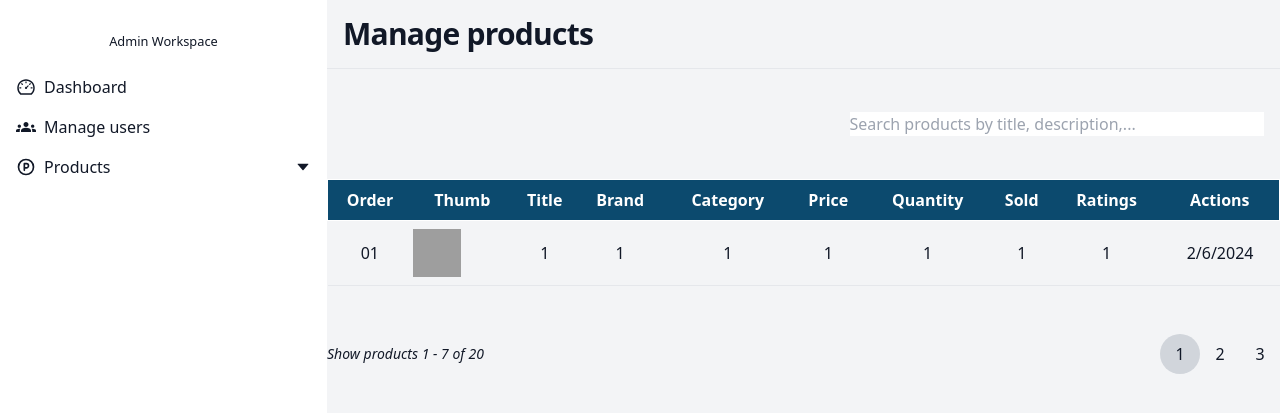
Repository: QuanggDat/Ecommerce_Rookie_NashTech
Page: /admin/manage-products (app in Ecommerce_Rookie_NashTech_AdminFrontend/admin_fe/)
These files come from the project's save history. The page is drawn as it stood at one moment and after the next save; the edit follows.
The browser window is 1280 px wide. The pictures show the whole page.
Pictures or frames that could not be fetched are drawn as grey boxes. The page's requests for data from a server got no answer. The project was rebuilt for these pictures with package versions that can differ from the ones it lists, and the page was loaded fresh each time. Some packages were replaced by stand-ins written for this rebuild. No one was signed in, and anything a server would have sent is missing. Also part of the build but not shown: Ecommerce_Rookie_NashTech_AdminFrontend/admin_fe/src/pages/admin/Dashboard.js, Ecommerce_Rookie_NashTech_AdminFrontend/admin_fe/src/pages/admin/LoginScreen.js, Ecommerce_Rookie_NashTech_AdminFrontend/admin_fe/src/components/buttons/Button.js, Ecommerce_Rookie_NashTech_AdminFrontend/admin_fe/src/components/inputs/InputField.js, Ecommerce_Rookie_NashTech_AdminFrontend/admin_fe/src/pages/public/Login.js, Ecommerce_Rookie_NashTech_AdminFrontend/admin_fe/src/pages/public/FinalRegister.js, Ecommerce_Rookie_NashTech_AdminFrontend/admin_fe/src/pages/public/ResetPassword.js, Ecommerce_Rookie_NashTech_AdminFrontend/admin_fe/src/App.css.

Above is the page before, as saved 2024-06-02 22:17:30.

### Ecommerce_Rookie_NashTech_AdminFrontend/admin_fe/src/index.js
import React from 'react';
import { createRoot } from 'react-dom/client';
import { Provider } from 'react-redux';
import { store } from './stores/redux';
import App from './App';
import './index.css';
import { BrowserRouter } from 'react-router-dom'

const container = document.getElementById('root');
const root = createRoot(container);

root.render(
  <Provider store={store}>
    <BrowserRouter>
      <App />
    </BrowserRouter>
  </Provider>
);

### Ecommerce_Rookie_NashTech_AdminFrontend/admin_fe/src/stores/redux.js
import { configureStore } from '@reduxjs/toolkit';
import userSlice from "./user/userSlice"
import storage from 'redux-persist/lib/storage';
import { persistReducer, persistStore } from "redux-persist"

const commonConfig = {
  storage,
}
const userConfig = {
  ...commonConfig,
  whitelist: ["isLoggedIn", "token"],
  key: "shop/user",
}
export const store = configureStore({
  reducer: {
    user: persistReducer(userConfig, userSlice),
  },
  middleware: (getDefaultMiddleware) =>
    getDefaultMiddleware({ serializableCheck: false }),
});

export const persistor = persistStore(store)

### Ecommerce_Rookie_NashTech_AdminFrontend/admin_fe/src/App.js
import React from 'react';
import { Route, Routes, Navigate } from "react-router-dom"
import path from "./utils/path"
import {
  AdminLayout,
  Dashboard,
  ManageProduct
} from "./pages/admin"
import { Login } from './pages/public';
import './App.css';

function App() {
  return (
    <div className="font-jp">
      <Routes>
        <Route path="/" element={<Navigate to={path.LOGIN} />} />
        <Route path={path.LOGIN} element={<Login />} />
        <Route path={path.ADMIN} element={<AdminLayout />}>
          <Route path={path.DASHBOARD} element={<Dashboard />} />
          <Route path={path.MANAGE_PRODUCTS} element={<ManageProduct />} />
        </Route>
      </Routes>
    </div>
  );
}

export default App;

### Ecommerce_Rookie_NashTech_AdminFrontend/admin_fe/src/index.css
@import url("https://fonts.googleapis.com/css2?family=Poppins:ital,wght@0,100;0,200;0,300;0,400;0,500;0,600;0,700;0,800;1,100;1,200;1,300;1,400;1,500;1,600;1,700;1,800&display=swap");
@import url("https://fonts.googleapis.com/css2?family=Noto+Sans+JP:wght@100;200;300;400;500;600;700;800;900&display=swap");
@tailwind base;
@tailwind components;
@tailwind utilities;

html {
    height: 100%;
    overflow: auto;
  }
  body {
    height: 100%;
  }
  html,
  body {
    overflow-x: hidden;
  }

### Ecommerce_Rookie_NashTech_AdminFrontend/admin_fe/src/stores/user/userSlice.js
import { createSlice } from "@reduxjs/toolkit"
import * as actions from './asyncAction'

export const userSlice = createSlice({
    name: "user",
    initialState: {
        isLoggedIn: false,
        current: null,
        token: null,
        isLoading: false,
        mes: '',
    },
    reducers: {
        login: (state, action) => {
            state.isLoggedIn = action.payload.isLoggedIn
            state.token = action.payload.token
        },
        logout: (state, action) => {
            state.isLoggedIn = false
            state.current = null
            state.token = null
            state.isLoading = false
            state.mes = ''
        },
    },
    extraReducers: (builder) => {
        builder.addCase(actions.getCurrent.pending, (state) => {
            state.isLoading = true;
        });
        builder.addCase(actions.getCurrent.fulfilled, (state, action) => {
            state.isLoading = false;
            state.current = action.payload;
            state.isLoggedIn = true
        });
        builder.addCase(actions.getCurrent.rejected, (state, action) => {
            state.isLoading = false;
            state.current = null;
            state.isLoggedIn = false
            state.token = null
            state.mes = 'Login session has expired. Please login again!'
        });
    }
})
export const { login, logout } = userSlice.actions

export default userSlice.reducer

### Ecommerce_Rookie_NashTech_AdminFrontend/admin_fe/src/utils/path.js
const path = {
    PUBLIC: "/",
    HOME: "home",
    ALL: "*",
    LOGIN: "login",
    FINAL_REGISTER: "finalregister/:status",
    RESET_PASSWORD: "reset-password/:token",

    // Admin
    LOGIN: "login",
    ADMIN: "admin",
    DASHBOARD: "dashboard",
    MANAGE_USER: "manage-user",
    MANAGE_PRODUCTS: "manage-products",
    MANAGE_CATEGORIES: "manage-categories",
    CREATE_PRODUCTS: "create-products",
    CREATE_CATEGORY: "create-category",
}

export default path

### Ecommerce_Rookie_NashTech_AdminFrontend/admin_fe/src/pages/admin/index.js
export { default as AdminLayout } from "./AdminLayout"
export { default as Dashboard } from "./Dashboard"
export { default as ManageProduct } from "./ManageProduct"
export { default as LoginScreen } from "./LoginScreen"

### Ecommerce_Rookie_NashTech_AdminFrontend/admin_fe/src/pages/public/index.js
export { default as Login } from "./Login"
export { default as FinalRegister } from "./FinalRegister"
export { default as ResetPassword } from "./ResetPassword"

### Ecommerce_Rookie_NashTech_AdminFrontend/admin_fe/src/stores/user/asyncAction.js
import { createAsyncThunk } from "@reduxjs/toolkit";
import * as apis from '../../apis'

export const getCurrent = createAsyncThunk('user/current', async (data, { rejectWithValue }) => {
    const response = await apis.apiGetCurrent()
    if (!response.data.status) return rejectWithValue(response)
    return response.data.rs
})

### Ecommerce_Rookie_NashTech_AdminFrontend/admin_fe/src/pages/admin/AdminLayout.js
import React from 'react'
import { Outlet, Navigate } from 'react-router-dom'
import { useSelector } from 'react-redux'
import AdminSidebar from '../../components/sidebar/AdminSidebar'

const AdminLayout = () => {
  return (
    <div className='flex w-full bg-gray-100 min-h-screen relative text-gray-900'>
      <div className='w-[327px] top-0 bottom-0 flex-none fixed'>
        <AdminSidebar />
      </div>
      <div className='w-[327px]'></div>
      <div className='flex-auto'>
        <Outlet />
      </div>
    </div>
  )
}

export default AdminLayout

### Ecommerce_Rookie_NashTech_AdminFrontend/admin_fe/src/pages/admin/ManageProduct.js
import React from 'react'
import InputForm from "../../components/inputs/InputForm"
import Pagination from "../../components/pagination/Pagination"
import { useForm } from "react-hook-form"

const ManageProduct = () => {
  const {
    register,
    formState: { errors },
    watch,
  } = useForm()
  return (
    <div className="w-full flex flex-col gap-4 relative">
      <div className="h-[69px] w-full"></div>
      <div className="p-4 border-b w-full bg-gray-100 flex justify-between items-center fixed top-0">
        <h1 className="text-3xl font-bold tracking-tight">Manage products</h1>
      </div>
      <div className="flex justify-end items-center px-4">
        <form className="w-[45%]">
          <InputForm
            id="q"
            register={register}
            errors={errors}
            fullWidth
            placeholder="Search products by title, description,..."
          />
        </form>
      </div>
      <table className="table-auto">
        <thead>
          <tr className="border bg-sky-900 text-white border-white">
            <th className="text-center py-2">Order</th>
            <th className="text-center py-2">Thumb</th>
            <th className="text-center py-2">Title</th>
            <th className="text-center py-2">Brand</th>
            <th className="text-center py-2">Category</th>
            <th className="text-center py-2">Price</th>
            <th className="text-center py-2">Quantity</th>
            <th className="text-center py-2">Sold</th>
            <th className="text-center py-2">Ratings</th>
            <th className="text-center py-2">Actions</th>
          </tr>
        </thead>
        <tbody>
          <tr className="border-b" >
            <td className="text-center py-2">
              01
            </td>
            <td className="text-center py-2">
              <img
                src='https://th.bing.com/th/id/OIF.IHFaCxQQ54StkxKZ3Iyp0Q?rs=1&pid=ImgDetMain'
                alt="thumb"
                className="w-12 h-12 object-cover"
              />
            </td>
            <td className="text-center py-2">1</td>
            <td className="text-center py-2">1</td>
            <td className="text-center py-2">1</td>
            <td className="text-center py-2">1</td>
            <td className="text-center py-2">1</td>
            <td className="text-center py-2">1</td>
            <td className="text-center py-2">1</td>
            <td className="text-center py-2">
              2/6/2024
            </td>
          </tr>
        </tbody>
      </table>
      <div className="w-full flex justify-end my-8">
        <Pagination totalCount={20} />
      </div>
    </div>
  )
}

export default ManageProduct

### Ecommerce_Rookie_NashTech_AdminFrontend/admin_fe/src/components/sidebar/AdminSidebar.js
import React, { Fragment, useState } from "react"
import { adminSidebar } from "../../utils/constants"
import { NavLink, Link, useNavigate } from "react-router-dom"
import clsx from "clsx"
import { AiOutlineCaretDown, AiOutlineCaretRight } from "react-icons/ai"
import { RiShareForwardLine } from "react-icons/ri"
import withBaseComponent from "../../hocs/withBaseComponent"

const activedStyle =
    "px-4 py-2 flex items-center gap-2  bg-blue-500 text-gray-100"
const notActivedStyle = "px-4 py-2 flex items-center gap-2  hover:bg-blue-100"

const AdminSidebar = () => {
    const navigate = useNavigate()
    const [actived, setActived] = useState([])
    const handleShowTabs = (tabID) => {
        if (actived.some((el) => el === tabID))
            setActived((prev) => prev.filter((el) => el !== tabID))
        else setActived((prev) => [...prev, tabID])
    }

    return (
        <div className=" bg-white h-full py-4">
            <Link
                to={"/"}
                className="flex flex-col justify-center items-center p-4 gap-2"
            >
                <small>Admin Workspace</small>
            </Link>
            <div>
                {adminSidebar.map((el) => (
                    <Fragment key={el.id}>
                        {el.type === "SINGLE" && (
                            <NavLink
                                to={el.path}
                                className={({ isActive }) =>
                                    clsx(isActive && activedStyle, !isActive && notActivedStyle)
                                }
                            >
                                <span>{el.icon}</span>
                                <span>{el.text}</span>
                            </NavLink>
                        )}
                        {el.type === "PARENT" && (
                            <div
                                onClick={() => handleShowTabs(+el.id)}
                                className="flex flex-col"
                            >
                                <div className="flex items-center justify-between px-4 py-2 hover:bg-blue-100 cursor-pointer">
                                    <div className="flex items-center gap-2">
                                        <span>{el.icon}</span>
                                        <span>{el.text}</span>
                                    </div>
                                    {actived.some((id) => id === el.id) ? (
                                        <AiOutlineCaretRight />
                                    ) : (
                                        <AiOutlineCaretDown />
                                    )}
                                </div>
                                {actived.some((id) => +id === +el.id) && (
                                    <div className="flex flex-col">
                                        {el.submenu.map((item, idx) => (
                                            <NavLink
                                                key={idx}
                                                to={item.path}
                                                onClick={(e) => e.stopPropagation()}
                                                className={({ isActive }) =>
                                                    clsx(
                                                        isActive && activedStyle,
                                                        !isActive && notActivedStyle,
                                                        "pl-16"
                                                    )
                                                }
                                            >
                                                {item.text}
                                            </NavLink>
                                        ))}
                                    </div>
                                )}
                            </div>
                        )}
                    </Fragment>
                ))}
            </div>
        </div>
    )
}

export default withBaseComponent(AdminSidebar)

### Ecommerce_Rookie_NashTech_AdminFrontend/admin_fe/src/components/inputs/InputForm.js
import React, { memo } from 'react'
import clsx from 'clsx'

const InputForm = ({
    label,
    disabled,
    register,
    errors,
    id,
    validate,
    type = 'text',
    placeholder,
    fullWidth,
    defaultValue,
    style,
    readOnly
}) => {
    return (
        <div className={clsx('flex flex-col h-[78px] gap-2', style)}>
            {label && <label className='font-medium' htmlFor={id}>{label + ':'}</label>}
            <input
                type={type}
                id={id}
                {...register(id, validate)}
                disabled={disabled}
                placeholder={placeholder}
                className={clsx('form-input my-auto', fullWidth && 'w-full', style)}
                defaultValue={defaultValue}
                readOnly={readOnly}
            />
            {errors[id] && <small className='text-xs text-red-500'>{errors[id]?.message}</small>}
        </div>
    )
}

export default memo(InputForm)

### Ecommerce_Rookie_NashTech_AdminFrontend/admin_fe/src/components/pagination/Pagination.js
import React, { memo } from "react"
import usePagination from "../../hooks/usePagination"
import PagiItem from "./PagiItem"
import { useSearchParams } from "react-router-dom"

const Pagination = ({ totalCount }) => {
    const [params] = useSearchParams()
    const pagination = usePagination(totalCount, +params.get("page") || 1)

    const range = () => {
        const currentPage = +params.get("page")
        const pageSize = +process.env.REACT_APP_LIMIT || 10
        const start = Math.min((currentPage - 1) * pageSize + 1, totalCount)
        const end = Math.min(currentPage * pageSize, totalCount)

        return `${start} - ${end}`
    }

    // 3 => 21 - 30
    return (
        <div className="flex w-full justify-between items-center">
            {!+params.get("page") ? (
                <span className="text-sm hidden lg:inline-block italic">{`Show products ${Math.min(
                    totalCount,
                    1
                )} - ${Math.min(
                    +process.env.REACT_APP_LIMIT,
                    totalCount
                )} of ${totalCount}`}</span>
            ) : (
                ""
            )}
            {+params.get("page") ? (
                <span className="text-sm hidden lg:inline-block italic">{`Show products ${range()} of ${totalCount}`}</span>
            ) : (
                ""
            )}
            <div className="flex mt-8 lg:mt-0 items-center">
                {pagination?.map((el) => (
                    <PagiItem key={el}>{el}</PagiItem>
                ))}
            </div>
        </div>
    )
}

export default memo(Pagination)

### Ecommerce_Rookie_NashTech_AdminFrontend/admin_fe/src/apis/user.js
import axios from "../axios";

export const apiRegister = (data) =>
    axios({
        url: "/user/register",
        method: "post",
        data,
    })

export const apiFinalRegister = (token) =>
    axios({
        url: "/user/finalregister/" + token,
        method: "put",
    })

export const apiLogin = (data) =>
    axios({
        url: "/user/login",
        method: "post",
        data,
    })

export const apiGetCurrent = () =>
    axios({
        url: "/user/current",
        method: "get",
    })

export const apiForgotPassword = (data) =>
    axios({
        url: "/user/forgotpassword",
        method: "post",
        data,
    })

export const apiResetPassword = (data) =>
    axios({
        url: "/user/resetpassword",
        method: "put",
        data,
    })

### Ecommerce_Rookie_NashTech_AdminFrontend/admin_fe/src/utils/constants.js
import path from "./path"
import icons from "./icons"

const { AiOutlineDashboard, MdGroups, TbBrandProducthunt, RiBillLine } = icons
export const adminSidebar = [
    {
      id: 1,
      type: "SINGLE",
      text: "Dashboard",
      path: `/${path.ADMIN}/${path.DASHBOARD}`,
      icon: <AiOutlineDashboard size={20} />,
    },
    {
      id: 2,
      type: "SINGLE",
      text: "Manage users",
      path: `/${path.ADMIN}/${path.MANAGE_USER}`,
      icon: <MdGroups size={20} />,
    },
    {
      id: 3,
      type: "PARENT",
      text: "Products",
      icon: <TbBrandProducthunt size={20} />,
      submenu: [
        {
          text: "Create product",
          path: `/${path.ADMIN}/${path.CREATE_PRODUCTS}`,
        },
        {
          text: "Manage products",
          path: `/${path.ADMIN}/${path.MANAGE_PRODUCTS}`,
        },
      ],
    },
  ]

### Ecommerce_Rookie_NashTech_AdminFrontend/admin_fe/src/hocs/withBaseComponent.js
import React from 'react'
import { useDispatch } from 'react-redux'
import { useLocation, useNavigate } from 'react-router-dom'

const withBaseComponent = (Component) => (props) => {
    const navigate = useNavigate()
    const dispatch = useDispatch()
    const location = useLocation()

    return <Component {...props} navigate={navigate} dispatch={dispatch} location={location} />
}

export default withBaseComponent

### Ecommerce_Rookie_NashTech_AdminFrontend/admin_fe/src/components/pagination/PagiItem.js
import clsx from 'clsx'
import { useSearchParams, useNavigate, createSearchParams, useLocation } from 'react-router-dom'
import { memo } from 'react'

const PagiItem = ({ children }) => {
    const navigate = useNavigate()
    const [params] = useSearchParams()
    const location = useLocation()

    const handlePagination = () => {
        const queries = Object.fromEntries([...params])
        if (Number(children)) queries.page = children
        navigate({
            pathname: location.pathname,
            search: createSearchParams(queries).toString()
        })
    }
    return (
        <button
            className={clsx('w-10 h-10 flex justify-center', !Number(children) && 'items-end pb-2', Number(children) && 'items-center hover:rounded-full hover:bg-gray-300', +params.get('page') === +children && 'rounded-full bg-gray-300', !+params.get('page') && +children === 1 && 'rounded-full bg-gray-300')}
            onClick={handlePagination}
            type='button'
            disabled={!Number(children)}
        >
            {children}
        </button>
    )
}

export default memo(PagiItem)

### Ecommerce_Rookie_NashTech_AdminFrontend/admin_fe/src/axios.js
import axios from 'axios'

const instance = axios.create({
    baseURL: process.env.REACT_APP_API_URI,
  });

// Add a request interceptor
axios.interceptors.request.use(function (config) {
    // Do something before request is sent
    return config;
  }, function (error) {
    // Do something with request error
    return Promise.reject(error);
  });

// Add a response interceptor
axios.interceptors.response.use(function (response) {
    // Any status code that lie within the range of 2xx cause this function to trigger
    // Do something with response data
    return response.data;
  }, function (error) {
    // Any status codes that falls outside the range of 2xx cause this function to trigger
    // Do something with response error
    return error.response.data;
  });

  export default instance

### Ecommerce_Rookie_NashTech_AdminFrontend/admin_fe/src/utils/icons.js
import { RiPhoneFill, RiTruckFill, RiBillLine } from 'react-icons/ri'
import { MdEmail, MdGroups } from 'react-icons/md'
import { BsHandbagFill, BsFillSuitHeartFill, BsShieldShaded, BsReplyFill, BsCartPlus } from 'react-icons/bs'
import { FaUserCircle, FaTty } from 'react-icons/fa'
import {
    AiFillHome,
    AiFillStar,
    AiOutlineStar,
    AiFillEye,
    AiOutlineMenu,
    AiOutlineLogout,
    AiFillGift,
    AiOutlineDown,
    AiOutlineDashboard
} from 'react-icons/ai'
import { IoIosArrowForward } from 'react-icons/io'
import { TbBrandProducthunt } from 'react-icons/tb'

const icons = {
    RiPhoneFill,
    MdEmail,
    BsHandbagFill,
    FaUserCircle,
    AiFillHome,
    AiFillStar,
    AiOutlineStar,
    AiFillEye,
    AiOutlineMenu,
    BsFillSuitHeartFill,
    IoIosArrowForward,
    AiOutlineLogout,
    BsShieldShaded,
    RiTruckFill,
    AiFillGift,
    BsReplyFill,
    FaTty,
    AiOutlineDown,
    AiOutlineDashboard,
    MdGroups,
    TbBrandProducthunt,
    RiBillLine,
    BsCartPlus
}

export default icons

### Ecommerce_Rookie_NashTech_AdminFrontend/admin_fe/src/utils/helpers.js


export const validate = (payload, setInvalidFields) => {
    let invalids = 0
    const formatPayload = Object.entries(payload)
    for (let arr of formatPayload) {
        if (arr[1].trim() === "") {
            invalids++
            setInvalidFields((prev) => [
                ...prev,
                { name: arr[0], mes: "Require this field." },
            ])
        }
    }
    return invalids
}

export const generateRange = (start, end) => {
    const length = end + 1 - start
    return Array.from({ length }, (_, index) => start + index)
  }
  export function getBase64(file) {
    if (!file) return ""
    return new Promise((resolve, reject) => {
      const reader = new FileReader()
      reader.readAsDataURL(file)
      reader.onload = () => resolve(reader.result)
      reader.onerror = (error) => reject(error)
    })
  }

### Ecommerce_Rookie_NashTech_AdminFrontend/admin_fe/src/hooks/usePagination.js
import { useMemo } from 'react'
import { generateRange } from '../utils/helpers'
import { BiDotsHorizontalRounded } from 'react-icons/bi'


const usePagination = (totalProductCount, currentPage, siblingCount = 1) => {
    const paginationArray = useMemo(() => {
        const pageSize = +process.env.REACT_APP_LIMIT || 10
        const paginationCount = Math.ceil(+totalProductCount / pageSize)
        const totalPaginationItem = +siblingCount + 5


        if (paginationCount <= totalPaginationItem) return generateRange(1, paginationCount)

        const isShowLeft = currentPage - siblingCount > 2
        const isShowRight = currentPage + siblingCount < paginationCount - 1

        if (isShowLeft && !isShowRight) {
            const rightStart = paginationCount - 4
            const rightRange = generateRange(rightStart, paginationCount)
            return [1, <BiDotsHorizontalRounded />, ...rightRange]
        }

        if (!isShowLeft && isShowRight) {
            const leftRange = generateRange(1, 5)
            return [...leftRange, <BiDotsHorizontalRounded />, paginationCount]
        }

        const siblingLeft = Math.max(currentPage - siblingCount, 1)
        const singlingRight = Math.min(currentPage + siblingCount, paginationCount)

        if (isShowLeft && isShowRight) {
            const middleRange = generateRange(siblingLeft, singlingRight)
            return [1, <BiDotsHorizontalRounded />, ...middleRange, <BiDotsHorizontalRounded />, paginationCount]
        }

    }, [totalProductCount, currentPage, siblingCount])

    return paginationArray
}
export default usePagination
// fist + last + current + sibling + 2*DOTS
// min = 6 => sibling + 5
// totalPagination : 58, limitProduct = 10 => = 5.8 = 6
// totalPaginationItem : sibling + 5 = 6
// sibling = 1

// [1,2,3,4,5,6]
// [1,...,6,7,8,9,10]
// [1,2,3,4,5, ...,10]
// [1,...,5,6,7,...,10]

Loaded but not shown: Ecommerce_Rookie_NashTech_AdminFrontend/admin_fe/public/index.html (common file); Ecommerce_Rookie_NashTech_AdminFrontend/admin_fe/src/apis/index.js (common file); Ecommerce_Rookie_NashTech_AdminFrontend/admin_fe/tailwind.config.js (common file)

After the next save:
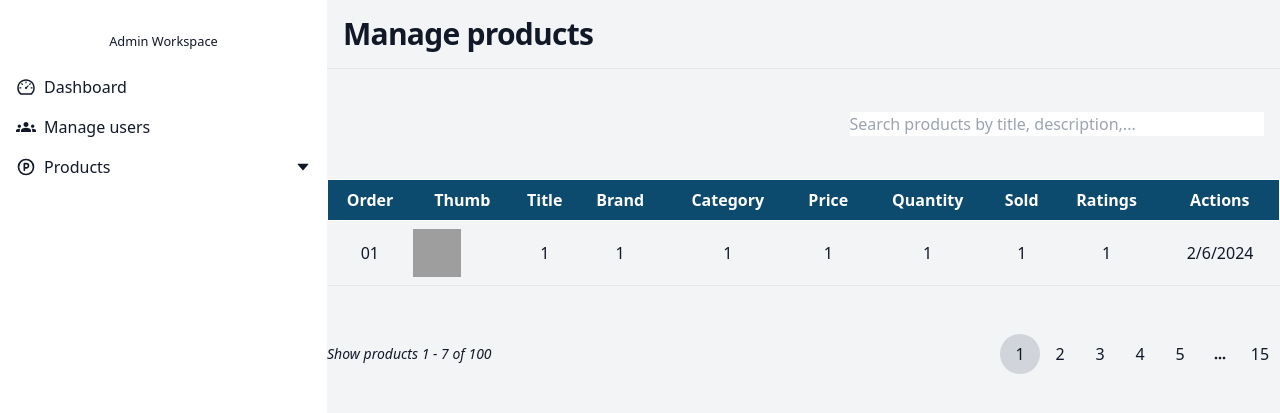
Saved 98 s later.
--- a/Ecommerce_Rookie_NashTech_AdminFrontend/admin_fe/src/pages/admin/ManageProduct.js
+++ b/Ecommerce_Rookie_NashTech_AdminFrontend/admin_fe/src/pages/admin/ManageProduct.js
@@ -67,7 +67,7 @@ const ManageProduct = () => {
         </tbody>
       </table>
       <div className="w-full flex justify-end my-8">
-        <Pagination totalCount={20} />
+        <Pagination totalCount={100} />
       </div>
     </div>
   )
